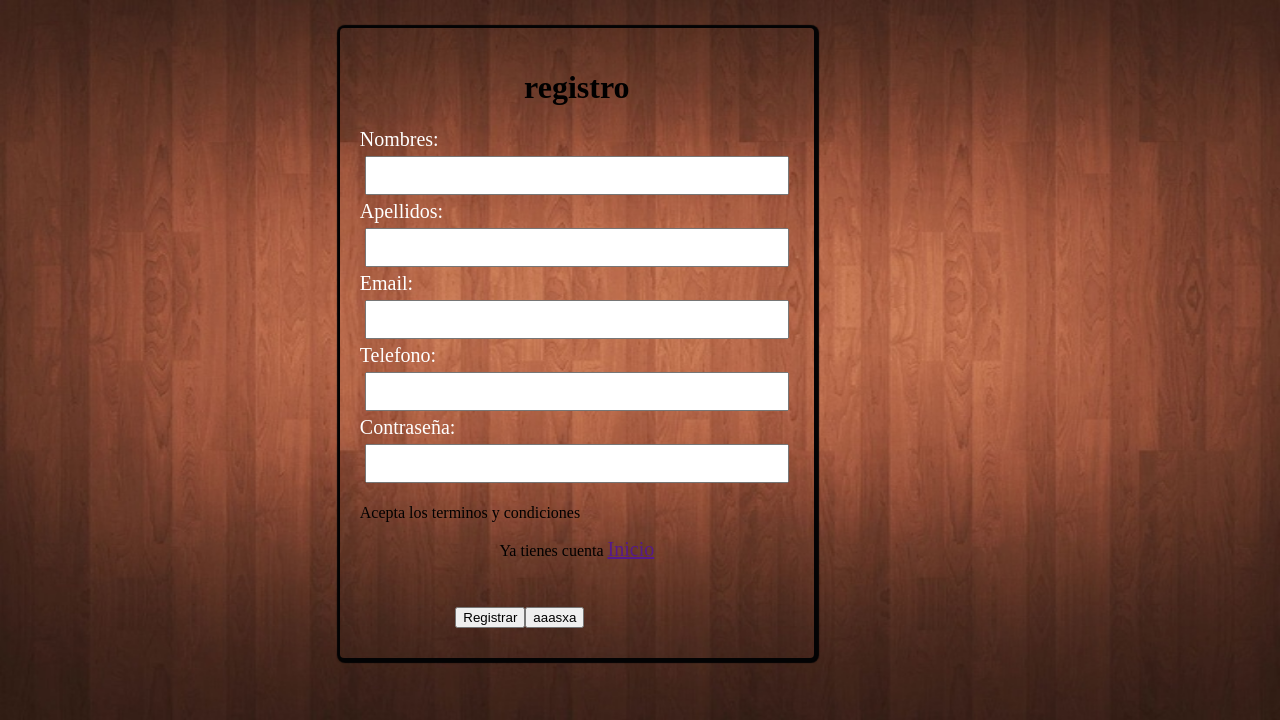
Repository: ye909/aplicacion_restaurante
Page: public/templeis/registro.html
These files come from the project's save history. The page is drawn as it stood at one moment and after the next save; the edit follows.
The browser window is 1280 px wide. The pictures show the whole page.

Above is the page before, as saved 2024-11-12 21:56:11.

After the next save:
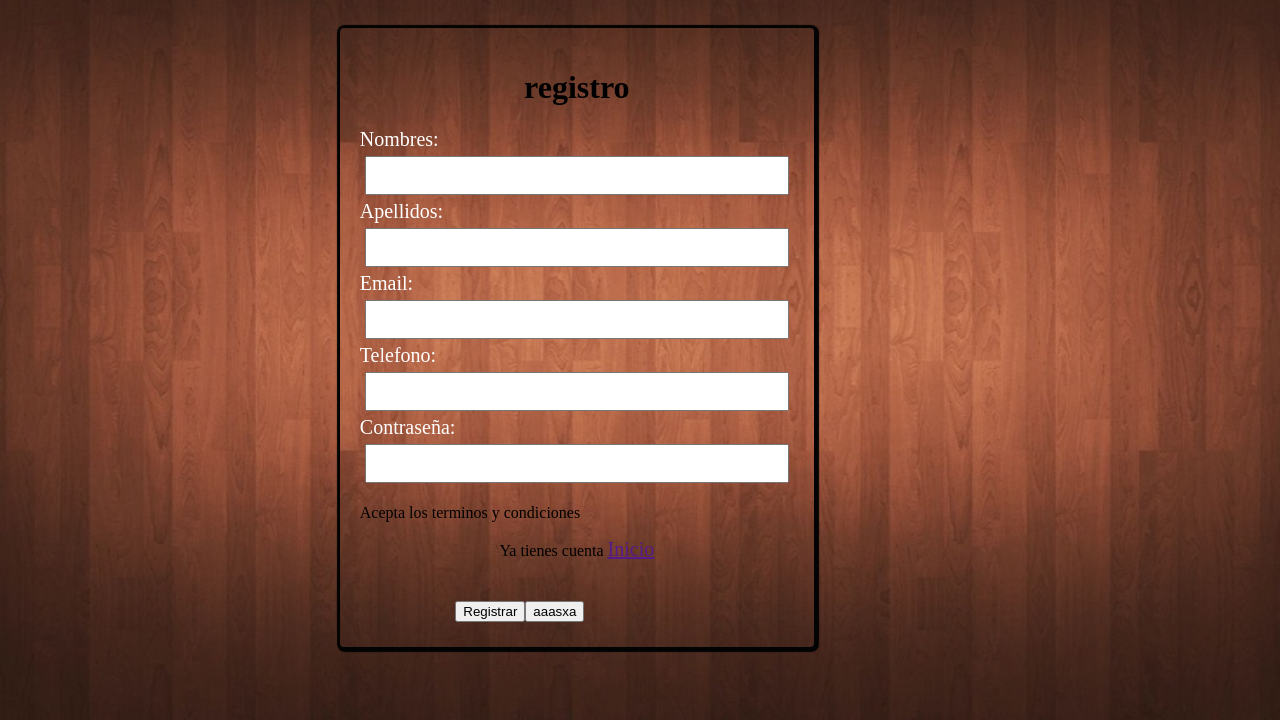
Saved 19 s later.
--- a/public/css/registro.css
+++ b/public/css/registro.css
@@ -33,6 +33,7 @@ label{
     align-items: center;
     padding: 10px;
     width: 300px;
+    height: 10px;
 }
 input{
     padding: 10px;
